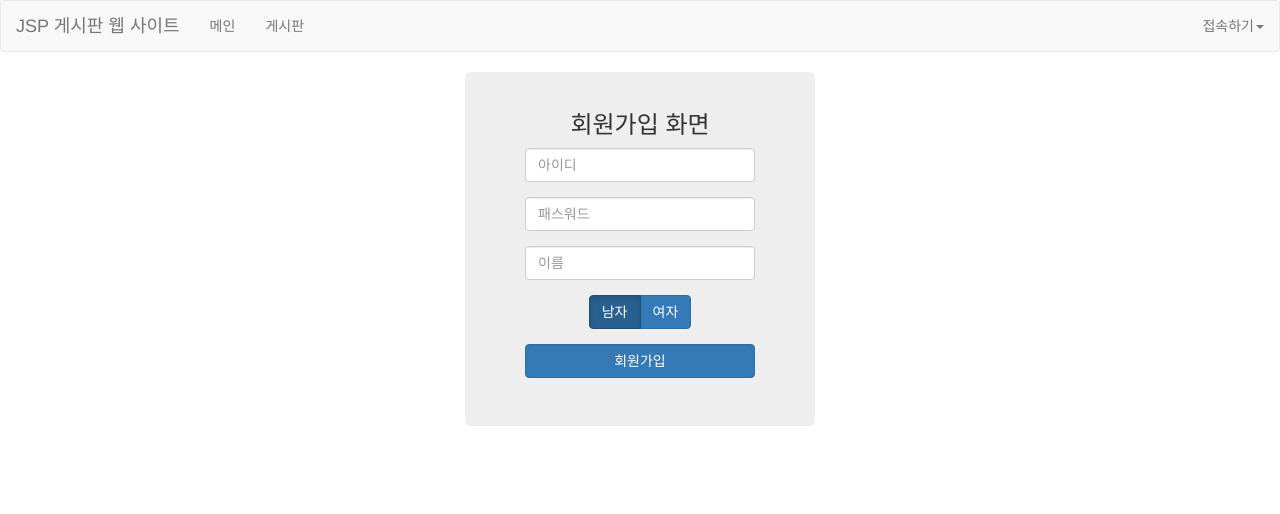
Repository: jsj961/bulletin-board-system
Page: http://localhost/BBS/join.jsp
The author's editor kept a copy of each file at every save. The page is drawn from the files as they stood at one save, then again after the next save.
The browser window is 1280 px wide. The pictures show the whole page.
Some web libraries are served in a nearby version. The page is served by Tomcat 9.

Above is the page before, as saved 2021-06-30 09:14:12.

After the next save:
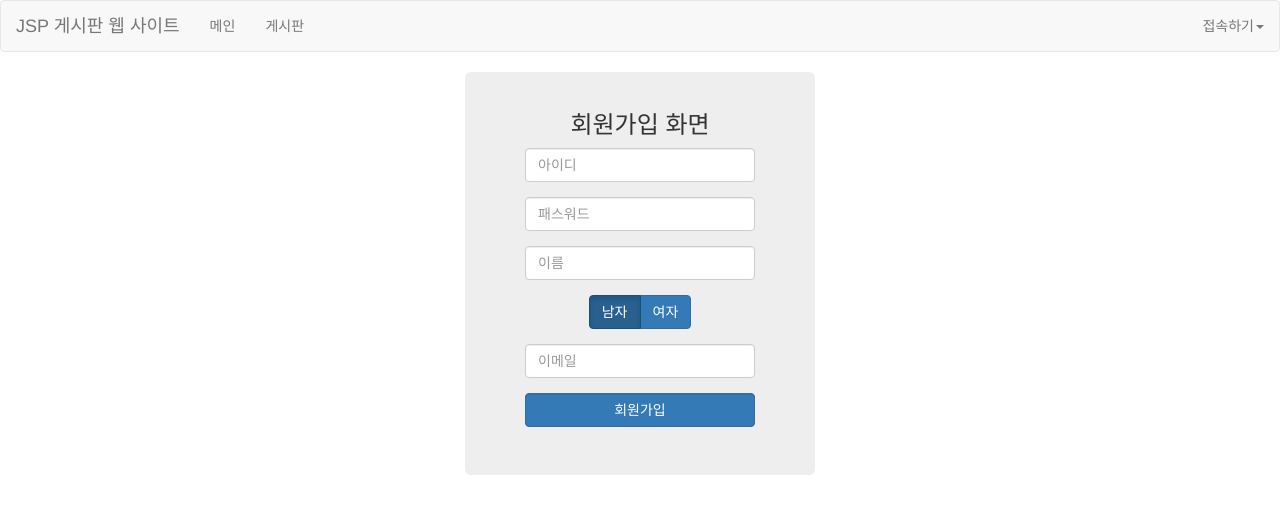
Saved 30 s later.
--- a/BBS/src/main/webapp/join.jsp
+++ b/BBS/src/main/webapp/join.jsp
@@ -63,6 +63,9 @@
 							</label>
 						</div>
 					</div>
+					<div class="form-group">
+						<input type="email" class="form-control" placeholder="이메일" name="userEmail" maxlength="20">
+					</div>
 					<input type="submit" class="btn btn-primary form-control" value="회원가입">
 				</form>
 			</div>
